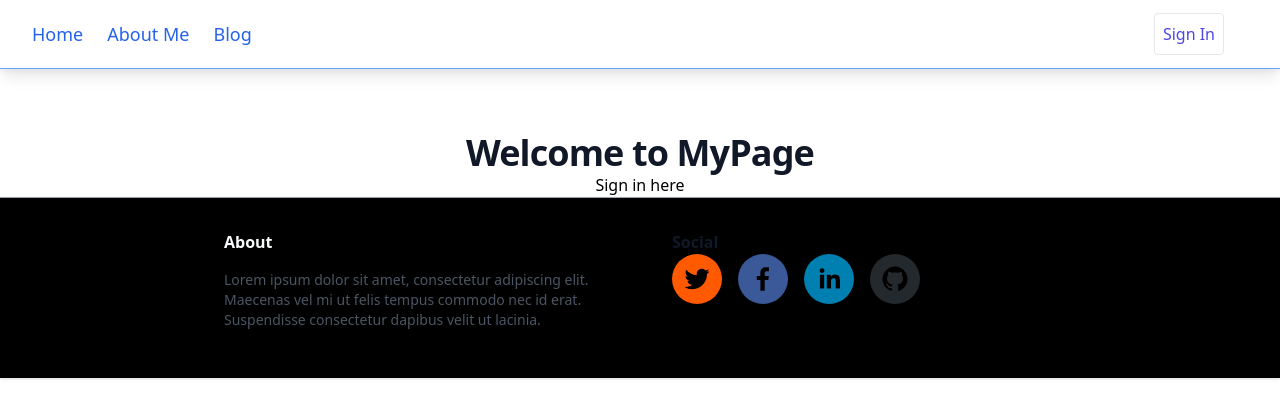
Repository: rushilramesh/portfolio-page
Page: /
The author's editor kept a copy of each file at every save. The page is drawn from the files as they stood at one save, then again after the next save.
The browser window is 1280 px wide. The pictures show the whole page.
The project was rebuilt for these pictures with package versions that can differ from the ones it lists, and the page was loaded fresh each time. The framework's server and built-in components were replaced by stand-ins that run in the browser. Also part of the build but not shown: next.config.js.

Above is the page before, as saved 2021-05-21 02:27:44.

### pages/_app.tsx
import '../styles/globals.css'


function MyApp({ Component, pageProps }) {
  let loggedIn: boolean = false;

  return (

    <Component {...pageProps} />

  )

}

export default MyApp

### pages/index.tsx
import Head from 'next/head'
import Image from 'next/image'
import Link from 'next/link'
import Layout from '../components/Layout'
import utilStyles from '../styles/utils.module.css'

export default function Home() {
  return (
    <Layout>
      <Head>
        <title>Personal Portfolio</title>
      </Head>
      <div className="container mx-auto mt-16 text-center bg-white border-gray-100" >

        <h1 className="text-4xl tracking-tight font-extrabold text-gray-900">Welcome to MyPage</h1>
        <Link href='/login'>
          <a className="mt-4">Sign in here</a>
        </Link>
      </div>
    </Layout>

  )
}

### components/Layout.tsx
import Nav from './Nav'
import Footer from './Footer'
import utilStyles from '../styles/utils.module.css'
import Link from 'next/link'
import { SocialIcon } from 'react-social-icons';

const Layout = ({children, loggedIn} : {children: React.ReactNode, loggedIn?: boolean}) => {
    return (
        <div className="flex flex-col width-screen height-screen">
        <Nav />
        <div className="container mx-auto text-center">
            <main>{children}</main>
        </div>
        <footer className="bg-black border-t border-gray-400 shadow mb-16 text-gray-50">
            <div className="container max-w-4xl mx-auto flex py-8 space-y-4ß">
                <div className="flex w-full md:w-1/2 ">
                    <div className="px-8">
                        <h3 className="font-bold text-gray-50">About</h3>
                        <p className="py-4 text-gray-600 text-sm">
                            Lorem ipsum dolor sit amet, consectetur adipiscing elit. Maecenas vel mi ut felis tempus commodo nec id erat. Suspendisse consectetur dapibus velit ut lacinia.
                        </p>
                    </div>
				</div>

                <div className="flex w-full md:w-1/2 ">
					<div className="px-8">
						<h3 className="font-bold text-gray-900">Social</h3>
						<div className="container inline-flex space-x-4">
                            <SocialIcon network="twitter" bgColor="#ff5a01" />
                            <SocialIcon network="facebook" />
                            <SocialIcon network="linkedin" />
                            <SocialIcon network="github" />
                        </div>
					</div>
				</div>
            </div>
        </footer>
        </div>
    )
}

export default Layout;

### components/Nav.tsx
/* This example requires Tailwind CSS v2.0+ */
import Link from 'next/link'

const navs = [
   {name: 'Home', href: '/'},
   {name: 'About Me', href: './about'},
   {name: 'Blog', href: './blog'}
]


export default function Nav({loggedIn} : {loggedIn?: boolean}) {

  return (
    <nav id="header" className="w-full z-30 top-10 py-1 bg-white shadow-lg border-b border-blue-400 mt-15">
      <div className="w-full flex items-center justify-between mt-0 px-6 py-2">
       <label  className="cursor-pointer md:hidden block">
          <svg className="fill-current text-blue-600" xmlns="http://www.w3.org/2000/svg" width="20" height="20" viewBox="0 0 20 20">
             <title>menu</title>
             <path d="M0 3h20v2H0V3zm0 6h20v2H0V9zm0 6h20v2H0v-2z"></path>
          </svg>
       </label>
       <input className="hidden" type="checkbox" id="menu-toggle"/>

       <div className="hidden md:flex md:items-center md:w-auto w-full order-3 md:order-1" id="menu">
          <nav>
             <ul className="md:flex items-center justify-between text-base text-blue-600 pt-4 md:pt-0">
                {navs.map((item) => (
                <li key={item.name} >
                  <Link href={item.href}>
                     <a className="inline-block no-underline hover:text-black font-medium text-lg py-2 px-4 lg:-ml-2" >{item.name}</a>
                  </Link>
                </li>))}
             </ul>
          </nav>
       </div>

       <div className="order-2 md:order-3 flex flex-wrap items-center justify-end mr-0 md:mr-4" id="nav-content">
          <div className="auth flex items-center w-full md:w-full">
             <button className="bg-white text-indigo-600  p-2 rounded border mr-4 hover:bg-gray-100 hover:text-indigo-700">
               { !loggedIn ? (
                  <Link href="./login">
                     <a>Sign In</a>
                  </Link>) : (
                     <Link href="/">
                        <a>Sign Out</a>
                     </Link>
                  )
               }
             </button>
          </div>
       </div>
      </div>
    </nav>
  )
}

### tailwind.config.js
module.exports = {

  purge: ['./pages/**/*.{js,ts,jsx,tsx}', './components/**/*.{js,ts,jsx,tsx}'],
  darkMode: false, // or 'media' or 'class'
  theme: {
    extend: {
      backgroundImage: theme => ({
        'main-background': "url('/images/background-photo.jpeg')",
      })
    },
  },
  variants: {
    extend: {
      justifyItems: ['hover', 'focus'],
    },
  },
  plugins: [],
}

Loaded but not shown: styles/globals.css (common file)

After the next save:
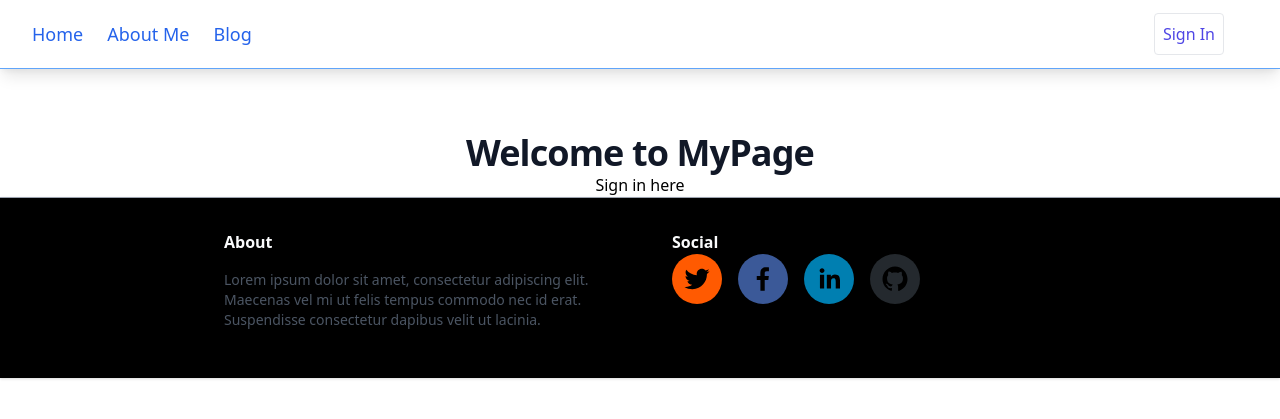
Saved 5 s later.
--- a/components/Layout.tsx
+++ b/components/Layout.tsx
@@ -24,7 +24,7 @@ const Layout = ({children, loggedIn} : {children: React.ReactNode, loggedIn?: bo
 
                 <div className="flex w-full md:w-1/2 ">
 					<div className="px-8">
-						<h3 className="font-bold text-gray-900">Social</h3>
+						<h3 className="font-bold text-gray-50">Social</h3>
 						<div className="container inline-flex space-x-4">
                             <SocialIcon network="twitter" bgColor="#ff5a01" />
                             <SocialIcon network="facebook" />
